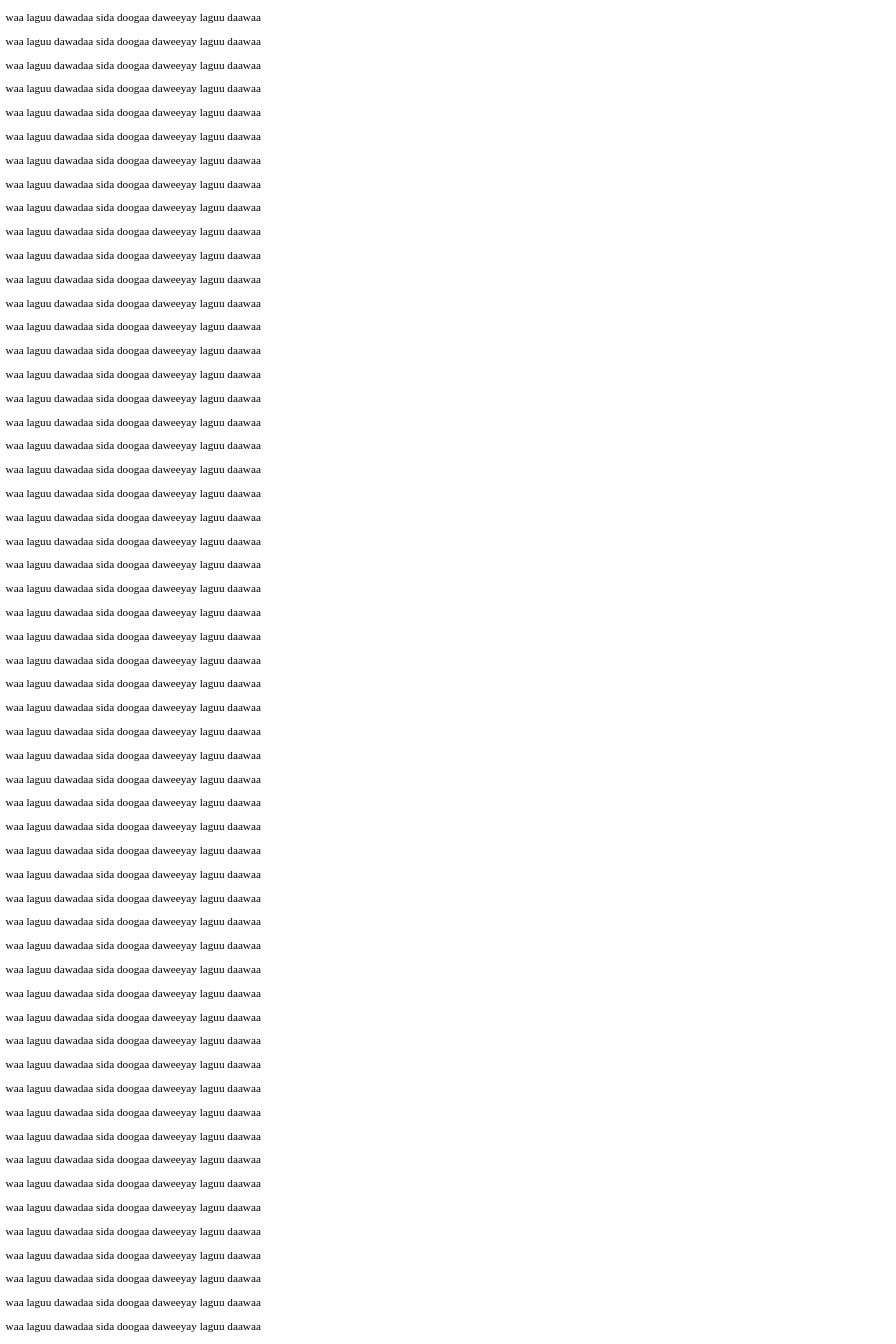
Repository: sihammohamud744-dotcom/javascript
Page: fst/javascript/DOM/index.html
These files come from the project's save history. The page is drawn as it stood at one moment and after the next save; the edit follows.
The browser window is 1280 px wide. The pictures show the part of the page from y = 0 to 1920 px (the page is 10216 px tall before and 10318 px after), at 70% of full size.

Above is the page before, as saved 2026-01-16 12:22:26.

After the next save:
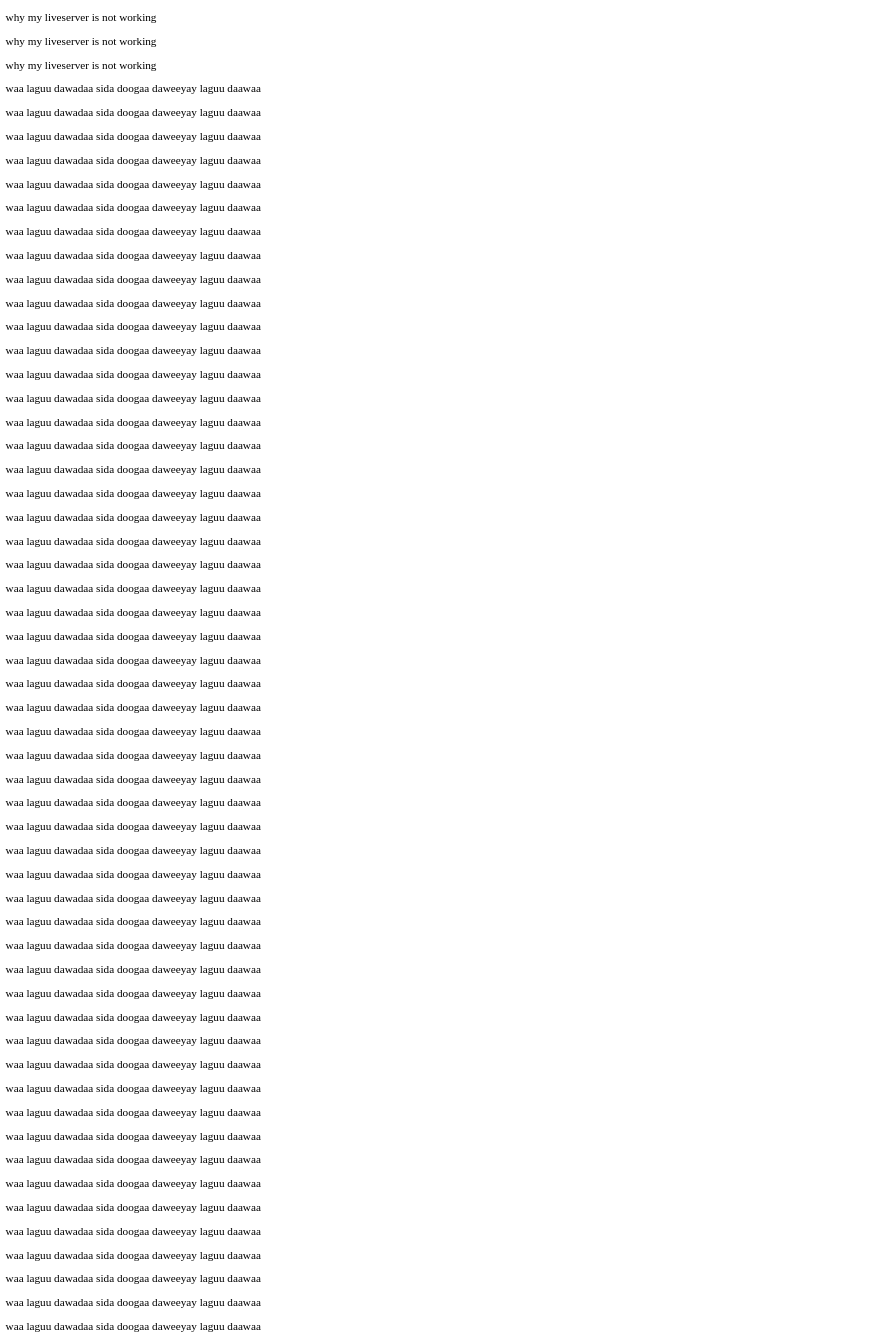
Saved 69 s later.
--- a/fst/javascript/DOM/index.html
+++ b/fst/javascript/DOM/index.html
@@ -6,7 +6,9 @@
     <title>Document</title>
 </head>
 <body>
-    <p></p>
+    <p class="wanna-first">why my liveserver is not working</p>
+     <p class="wanna-first">why my liveserver is not working</p>
+      <p class="wanna-first">why my liveserver is not working</p>
 
     <script src="script.js"></script>
 </body>
